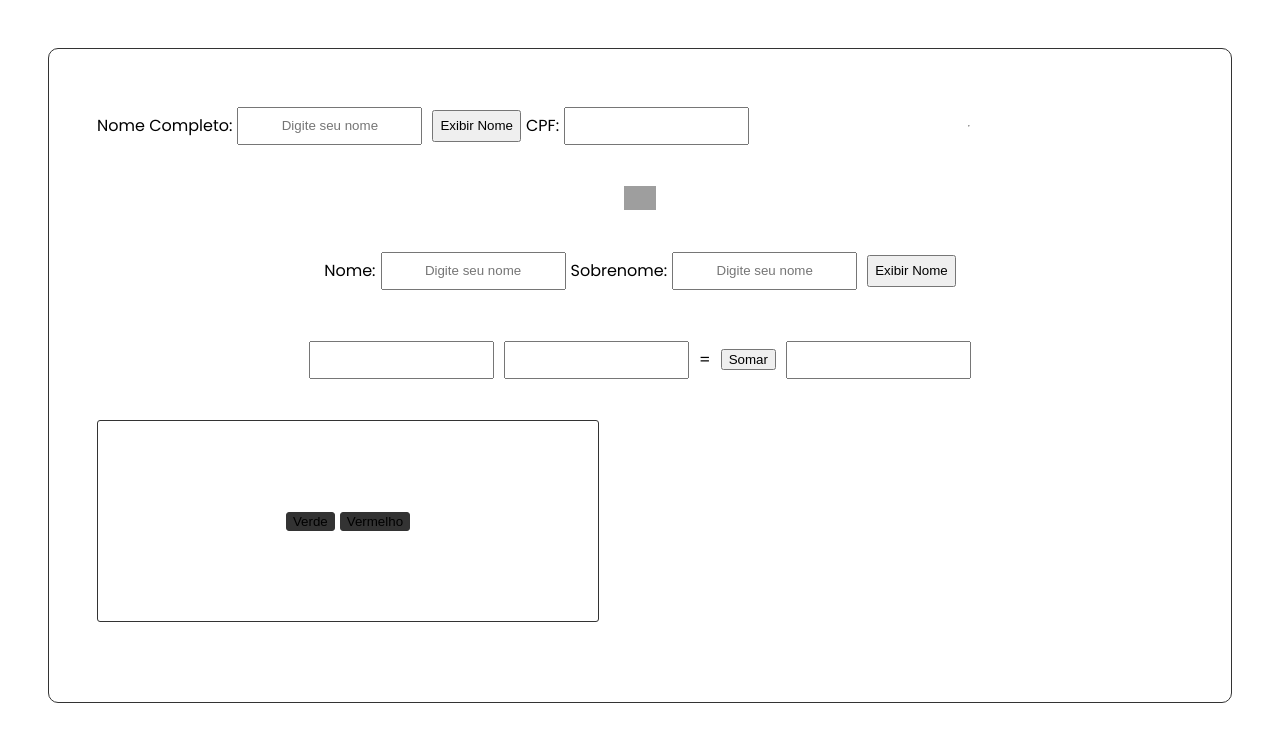
Repository: guilhermecardoso93/exerciciosjs
Page: index.html
The author's editor kept a copy of each file at every save. The page is drawn from the files as they stood at one save, then again after the next save.
The browser window is 1280 px wide. The pictures show the whole page.
Pictures or frames that could not be fetched are drawn as grey boxes.

Above is the page before, as saved 2023-05-20 13:37:36.

### index.html
<!DOCTYPE html>
<html lang="pt-Br">
  <head>
    <meta charset="UTF-8" />
    <meta http-equiv="X-UA-Compatible" content="IE=edge" />
    <meta name="viewport" content="width=device-width, initial-scale=1.0" />
    <link rel="preconnect" href="https://fonts.googleapis.com" />
    <link rel="preconnect" href="https://fonts.gstatic.com" crossorigin />
    <link rel="stylesheet" href="styles.css" />
    <link
      href="https://fonts.googleapis.com/css2?family=Poppins:wght@400;500&display=swap"
      rel="stylesheet"
      />
    <title>40 - exercícios de JS</title>
  </head>
  <body>
    <div class="NameDiv">
      <p>Nome Completo:</p>
      <input type="text" name="name" id="name" placeholder="Digite seu nome" />
      <br />
      <input type="button" value="Exibir Nome" id="exibir-nome" />
      <p>CPF:</p>
      <input maxlength="14" id="cpf" />
      <hr />
    </div>
    <div>
      <img id="lamp" src="https://www.w3schools.com/js/pic_bulboff.gif" />
    </div>
    <div class="fullNameDiv">
      <p>Nome:</p>
      <input
        type="text"
        name="name-2"
        id="name-2"
        placeholder="Digite seu nome"
        />
      <p>Sobrenome:</p>
      <input
        type="text"
        name="fullname"
        id="fullname"
        placeholder="Digite seu nome"
        />
      <br />
      <input type="button" value="Exibir Nome" id="exibir-nome-convidado" />
    </div>
    <div>
      <input type="text" id="number-1" maxlength="5"><br><br>
      <input type="text" id="number-2" maxlength="5"><br><p>=</p><br>

      <button id="buttonSoma">Somar</button><br><br>

      <input type="text" id="result" maxlength="5">
    </div>
    <div id='container'>

      <button id="greenButton">Verde</button>
      <button id="redButton">Vermelho</button>
    </div>
  </body>
  <script src="./script.js"></script>
</html>

### styles.css
body {
  font-family: "Poppins", sans-serif;
  margin: 3rem;
  border: 1px solid #333;
  border-radius: 10px;
  padding: 3rem;
}

#lamp {
  cursor: pointer;
  cursor: hand;
  width: 2rem;
}

body input {
  height: 2rem;
  text-align: center;
}

div {
  display: flex;
  gap: 5px;
  align-items: center;
  justify-content: center;
  margin-bottom: 2rem;
}

#container {
  display: flex;
  gap: 5px;
  align-items: center;
  justify-content: center;

  width: 500px;
  height: 200px;
  border: 1px solid #333;
  border-radius: 3px;
}

#container button {
  border: 1px solid #333;
  border-radius: 3px;
  background-color: #333
}

### script.js
//alert('Hello World!');
const conta = `valor de 2 + 2 é`;
//alert(`${conta} ${2 + 2}` )

const buttonShowName = document.getElementById("exibir-nome");

buttonShowName.addEventListener("click", () => {
  const inputValue = document.getElementById("name").value;
  alert(`Meu nome Completo é ${inputValue}`);
  alert(`A quantidade de letras no seu nome é de ${inputValue.length}`);
});

function turnOnOff() {
  var image = document.getElementById("lamp").src;
  var lampOn = "https://www.w3schools.com/js/pic_bulbon.gif";
  var lampOff = "https://www.w3schools.com/js/pic_bulboff.gif";

  if (image == lampOn) {
    document.getElementById("lamp").src = lampOff;
  } else {
    document.getElementById("lamp").src = lampOn;
  }
}
document.getElementById("lamp").addEventListener("mouseover", turnOnOff);
//document.getElementById("lamp").addEventListener("click", turnOnOff);

const buttonShowFullName = document.getElementById("exibir-nome-convidado");

buttonShowFullName.addEventListener("click", () => {
  const inputValueName = document.getElementById("name-2").value;
  const inputValueFullName = document.getElementById("fullname").value;
  alert(`Meu nome Completo é ${inputValueName} ${inputValueFullName}`);
});

const cpf = document.querySelector("#cpf");

cpf.addEventListener("keyup", () => {
  let value = cpf.value
    .replace(/[^0-9]/g, "")
    .replace(/^([\d]{3})([\d]{3})?([\d]{3})?([\d]{2})?/, "$1.$2.$3-$4");

  cpf.value = value;
});

  const number1 = document.getElementById('number-1');
  const number2 = document.getElementById('number-2');
  const resultField = document.getElementById("result");
  const buttonSomar = document.getElementById("buttonSoma");


  buttonSomar.addEventListener("click", () => {
    somaTotal();
  });

function somaTotal() {
  let number1Value = parseInt(number1.value);
  let number2Value = parseInt(number2.value);

  const soma = number1Value + number2Value

  document.getElementById('result').value = soma
}

//comentário


function changeBackGreen(){
  let container = document.getElementById('container');
  container.style.backgroundColor = '#0a7d12'
}

function changeBackRed(){
  let container = document.getElementById('container');
  container.style.backgroundColor = '#ee0f0f'
}

const greenButton = document.getElementById('greenButton').addEventListener('click', () => {
  changeBackGreen();
});
const redButton = document.getElementById('redButton').addEventListener('click', () => {
  changeBackRed();
});

After the next save:
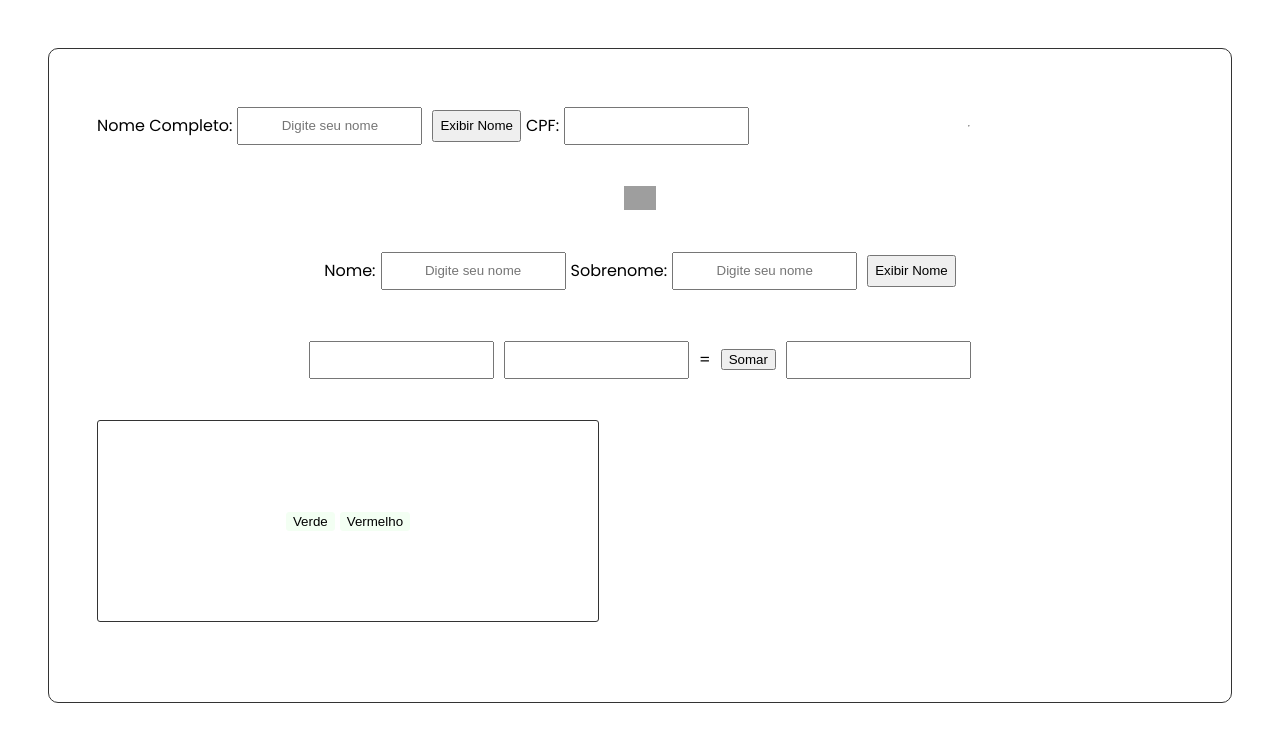
Saved 27 s later.
--- a/styles.css
+++ b/styles.css
@@ -38,7 +38,7 @@ div {
 }
 
 #container button {
-  border: 1px solid #333;
+  border: 1px solid #f3fff3;
   border-radius: 3px;
-  background-color: #333
+  background-color: #f3fff3;
 }
